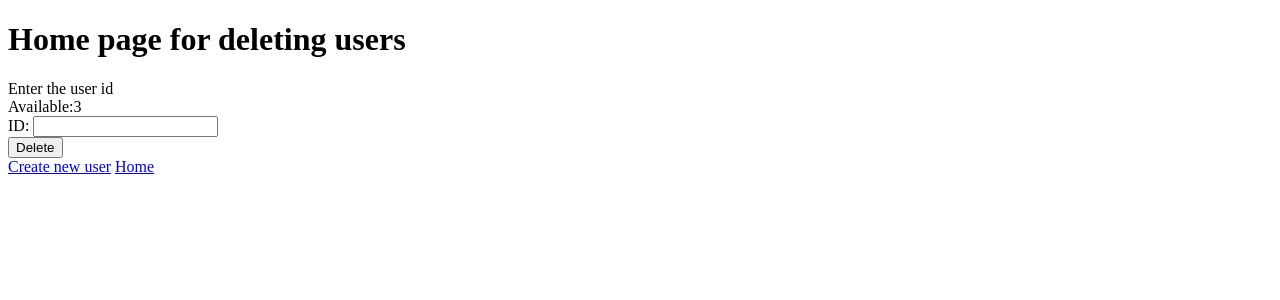
Repository: chistyakova-ann/NT
Page: http://localhost/myServlet/delete.jsp
These files come from the project's save history. The page is drawn as it stood at one moment and after the next save; the edit follows.
The browser window is 1280 px wide. The pictures show the whole page.
The page is served by Tomcat 9.

Above is the page before, as saved 2020-10-06 07:32:30.

After the next save:
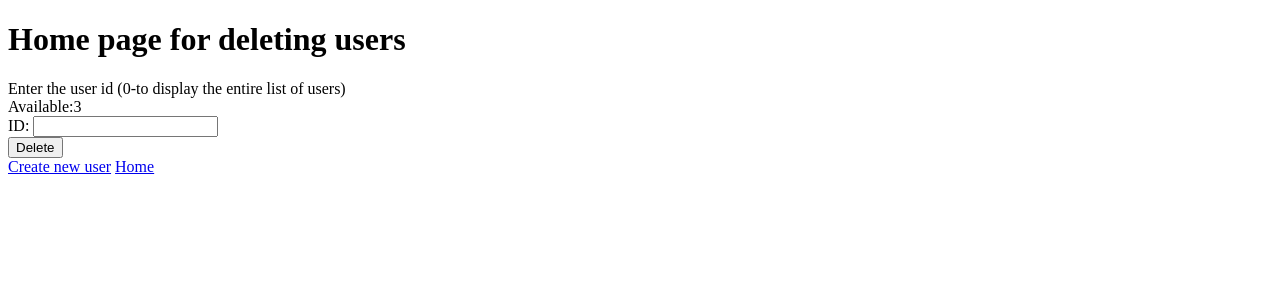
Saved 71 s later.
--- a/заглушки/users/eclipse-workspace/myServlet/WebContent/delete.jsp
+++ b/заглушки/users/eclipse-workspace/myServlet/WebContent/delete.jsp
@@ -10,7 +10,7 @@
 </head>
 <body>
 <h1>Home page for deleting users</h1>
-Enter the user id
+Enter the user id (0-to display the entire list of users)
 <br/>
 Available:<%
 Model model=Model.getInstance();
